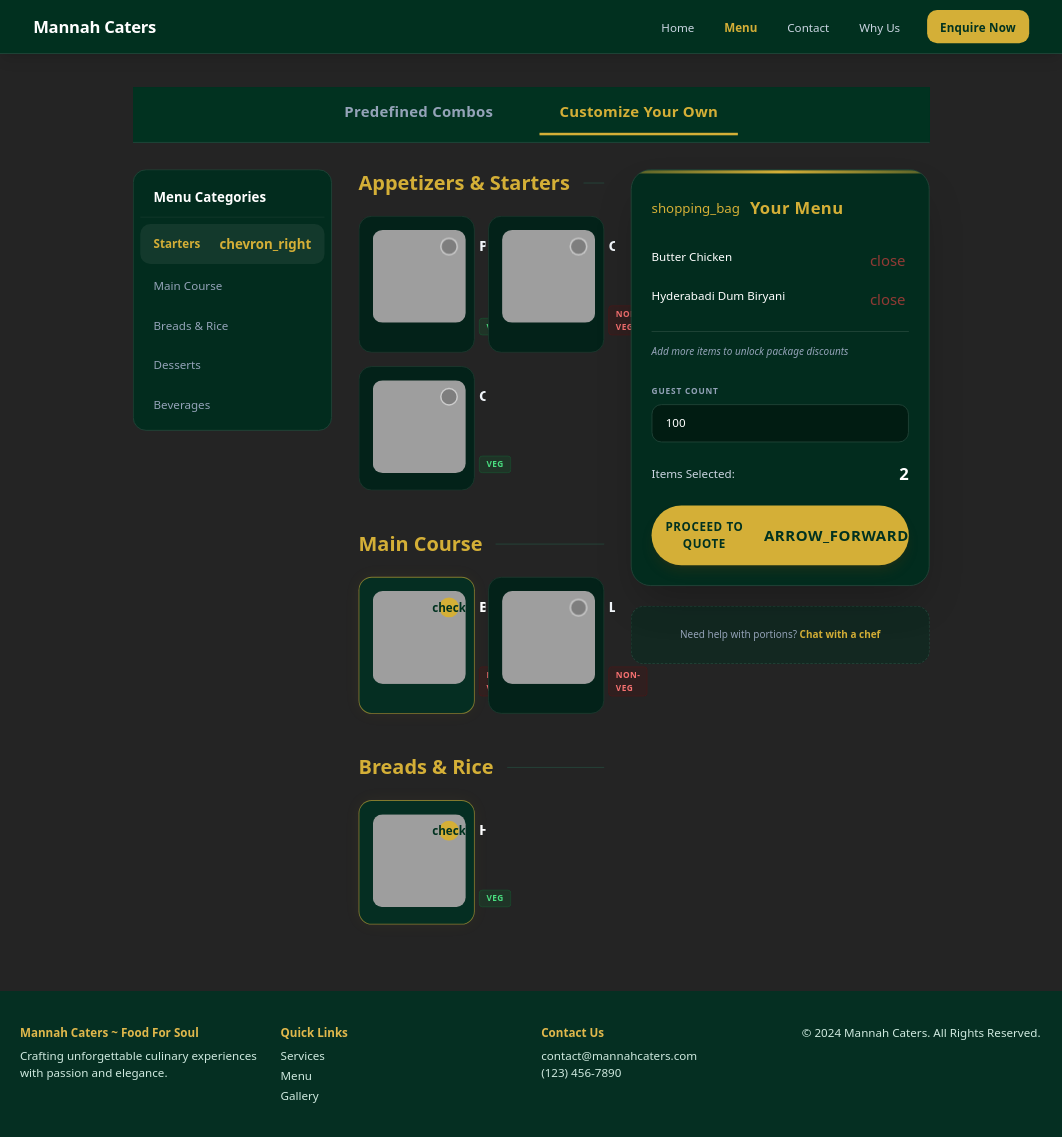
Repository: B-U-G-Freelancers/mannah_caterers
Page: /menu, after clicking the first element matching `div.justify-center > :nth-child(2)`
An editor plug-in stored every save of this project. The page is shown before and after the next save, followed by the edit.
The browser window is 1280 px wide. The pictures show the whole page, at 83% of full size.
Pictures or frames that could not be fetched are drawn as grey boxes. The project was rebuilt for these pictures with package versions that can differ from the ones it lists, and the page was loaded fresh each time. Some packages were replaced by stand-ins written for this rebuild. Also part of the build but not shown: vite.config.js, src/pages/Home.jsx, src/pages/Contact.jsx, src/pages/Why.jsx.

Above is the page before, as saved 2025-12-17 13:45:10.

### index.html
<!doctype html>
<html lang="en">
  <head>
    <meta charset="UTF-8" />
    <link rel="icon" type="image/svg+xml" href="/vite.svg" />
    <meta name="viewport" content="width=device-width, initial-scale=1.0" />
    <title>mannah-caters</title>
  </head>
  <body>
    <div id="root"></div>
    <script type="module" src="/src/main.jsx"></script>
  </body>
</html>

### src/main.jsx
import React from "react"
import ReactDOM from "react-dom/client"
import { BrowserRouter } from "react-router-dom"
import App from "./App"
import "./index.css"

ReactDOM.createRoot(document.getElementById("root")).render(
  <BrowserRouter>
    <App />
  </BrowserRouter>
)

### src/App.jsx

import React from "react";
import { Routes, Route } from "react-router-dom";
import Layout from "./components/Layout";
import Home from "./pages/Home";
import Menu from "./pages/Menu";
import Contact from "./pages/Contact";
import Why from "./pages/Why";
const App = () => {
  return (

    <Routes>
      <Route path="/" element={<Layout />}>
        <Route index element={<Home />} />
        <Route path="menu" element={<Menu />} />
        <Route path="contact" element={<Contact />} />
        <Route path="why" element={<Why />} />
      </Route>
    </Routes>
  );
};

export default App;

### src/index.css
@import "tailwindcss";


:root {
  font-family: system-ui, Avenir, Helvetica, Arial, sans-serif;
  line-height: 1.5;
  font-weight: 400;

  color-scheme: light dark;
  color: rgba(255, 255, 255, 0.87);
  background-color: #242424;

  font-synthesis: none;
  text-rendering: optimizeLegibility;
  -webkit-font-smoothing: antialiased;
  -moz-osx-font-smoothing: grayscale;
}

/* a {
  font-weight: 500;
  color: #646cff;
  text-decoration: inherit;
}
a:hover {
  color: #535bf2;
}

body {
  margin: 0;
  display: flex;
  place-items: center;
  min-width: 320px;
  min-height: 100vh;
}

h1 {
  font-size: 3.2em;
  line-height: 1.1;
}

button {
  border-radius: 8px;
  border: 1px solid transparent;
  padding: 0.6em 1.2em;
  font-size: 1em;
  font-weight: 500;
  font-family: inherit;
  background-color: #1a1a1a;
  cursor: pointer;
  transition: border-color 0.25s;
}
button:hover {
  border-color: #646cff;
}
button:focus,
button:focus-visible {
  outline: 4px auto -webkit-focus-ring-color;
}

@media (prefers-color-scheme: light) {
  :root {
    color: #213547;
    background-color: #ffffff;
  }
  a:hover {
    color: #747bff;
  }
  button {
    background-color: #f9f9f9;
  }
} */

### src/components/Layout.jsx
// Layout.jsx
import React from "react";
import Header from "./Header";
import Footer from "./Footer";
// If you are using React Router, import Outlet
import { Outlet } from "react-router-dom";

const Layout = () => {
  return (
    <div className="flex flex-col min-h-screen min-w-screen">
      <Header />

      {/* "flex-1" ensures this section takes up all available space,
          pushing the footer to the bottom if content is short */}
      <main className="flex-1">
        {/* Outlet renders the child route's element (the current page) */}
        <Outlet />
      </main>

      <Footer />
    </div>
  );
};

export default Layout;

### src/pages/Menu.jsx
import React, { useState } from "react";
import CombosView from "../components/CombosView";
import CustomizeView from "../components/CustomizeView";

const Menu = () => {
  const [activeTab, setActiveTab] = useState("combos");
  const [cart, setCart] = useState(["4", "6"]); // Pre-select some items for demo
  const [guestCount, setGuestCount] = useState(100);

  const toggleCartItem = (id) => {
    setCart((prev) =>
      prev.includes(id) ? prev.filter((item) => item !== id) : [...prev, id]
    );
  };

  return (
    <div className="min-h-screen flex flex-col">


      <main className="flex-1 flex flex-col items-center pb-20 px-4 sm:px-10 lg:px-40 pt-10 bg-">
        <div className="w-full max-w-[1200px] flex flex-col gap-8">

          {/* Tabs */}
          <div className="sticky top-[64px] z-40 bg-[#013220] pt-4 pb-2 border-b border-[#24473b]">
            <div className="flex justify-center gap-8">
              <button
                className={`flex flex-col items-center justify-center border-b-[3px] pb-3 px-6 transition-all cursor-pointer ${
                  activeTab === "combos"
                    ? "border-[#d4af37] text-[#d4af37]"
                    : "border-transparent text-[#94a3b8] hover:text-white"
                }`}
                onClick={() => setActiveTab("combos")}
              >
                <p className="text-lg font-bold leading-normal tracking-[0.015em]">
                  Predefined Combos
                </p>
              </button>
              <button
                className={`flex flex-col items-center justify-center border-b-[3px] pb-3 px-6 transition-all cursor-pointer ${
                  activeTab === "customize"
                    ? "border-[#d4af37] text-[#d4af37]"
                    : "border-transparent text-[#94a3b8] hover:text-white"
                }`}
                onClick={() => setActiveTab("customize")}
              >
                <p className="text-lg font-bold leading-normal tracking-[0.015em]">
                  Customize Your Own
                </p>
              </button>
            </div>
          </div>

          {/* View Content */}
          <div className="w-full">
            {activeTab === "combos" ? (
              <CombosView onCustomize={() => setActiveTab("customize")} />
            ) : (
              <CustomizeView
                cart={cart}
                guestCount={guestCount}
                setGuestCount={setGuestCount}
                toggleCartItem={toggleCartItem}
              />
            )}
          </div>
        </div>
      </main>


    </div>
  );
};

export default Menu;

### src/components/Header.jsx
import React from "react";

const Header = () => {
  return (
    <header className="sticky top-0 z-50 flex items-center justify-between whitespace-nowrap border-b border-solid border-b-[#24473b] bg-[#013220]/95 backdrop-blur-md px-4 sm:px-10 py-3 shadow-lg">
      <div className="flex items-center gap-4 text-white">
        <h2 className="text-white text-xl font-bold leading-tight tracking-[-0.015em]">
          Mannah Caters
        </h2>
      </div>
      <div className="flex flex-1 justify-end gap-8">
        <div className="flex items-center gap-9 hidden md:flex">
          <a
            className="text-slate-300 hover:text-white text-sm font-medium leading-normal transition-colors"
            href="#"
          >
            Home
          </a>
          <a
            className="text-[#d4af37] text-sm font-bold leading-normal relative after:content-[''] after:absolute after:bottom-[-20px] after:left-0 after:w-full after:h-[2px] after:bg-secondary-gold"
            href="#"
          >
            Menu
          </a>
          <a
            className="text-slate-300 hover:text-white text-sm font-medium leading-normal transition-colors"
            href="#"
          >
            Contact
          </a>
          <a
            className="text-slate-300 hover:text-white text-sm font-medium leading-normal transition-colors"
            href="#"
          >
            Why Us
          </a>
        </div>
        <button className="flex min-w-[84px] max-w-[480px] cursor-pointer items-center justify-center overflow-hidden rounded-xl h-10 px-4 bg-[#d4af37] hover:bg-[#c29d4d] transition-colors text-[#013220] text-sm font-bold leading-normal tracking-[0.015em]">
          <span className="truncate">Enquire Now</span>
        </button>
      </div>
    </header>
  );
};

export default Header;

### src/components/Footer.jsx
import React from "react";

const Footer = ({ onNavigate }) => {
  const handleNav = (tab) => {
    // Check if onNavigate exists before calling it
    if (onNavigate) {
      onNavigate(tab);
      window.scrollTo({ top: 0, behavior: "smooth" });
    }
  };

  return (
    <footer className="bg-[#052f22] py-10">
      <div className="max-w-7xl mx-auto px-6 grid md:grid-cols-4 gap-6 text-sm text-[#cfe9df]">
        <div>
          <h4 className="text-[#e0b84c] font-semibold">
            Mannah Caters ~ Food For Soul
          </h4>
          <p className="text-sm mt-2">
            Crafting unforgettable culinary experiences with passion and elegance.
          </p>
        </div>
        <div>
          <h4 className="text-[#e0b84c] font-semibold">Quick Links</h4>
          <ul className="text-sm mt-2 space-y-1">
            <li className="hover:text-white cursor-pointer transition-colors">
              Services
            </li>
            {/* I added the onClick here so handleNav is actually used */}
            <li
              onClick={() => handleNav("combos")}
              className="hover:text-white cursor-pointer transition-colors"
            >
              Menu
            </li>
            <li className="hover:text-white cursor-pointer transition-colors">
              Gallery
            </li>
          </ul>
        </div>
        <div>
          <h4 className="text-[#e0b84c] font-semibold">Contact Us</h4>
          <p className="text-sm mt-2">contact@mannahcaters.com</p>
          <p className="text-sm">(123) 456-7890</p>
        </div>
        <div className="text-sm">
          © 2024 Mannah Caters. All Rights Reserved.
        </div>
      </div>
    </footer>
  );
};

export default Footer;

### src/components/CombosView.jsx
import React, { useState } from "react";
import { PACKAGES } from "../constants";
import PackageCard from "./PackageCard";

const CombosView = ({ onCustomize }) => {
  // Default open state is 'gold' which is the second item usually
  const [openPackageId, setOpenPackageId] = useState("gold");

  const handleToggle = (id) => {
    setOpenPackageId((prev) => (prev === id ? null : id));
  };

  return (
    <div className="flex flex-col gap-6 animate-fade-in max-w-4xl mx-auto w-full">
      <div className="text-center py-6">
        <h2 className="text-white text-4xl font-bold mb-3">
          Signature Packages
        </h2>
        <p className="text-[#94a3b8] max-w-2xl mx-auto">
          Select a package to view offerings. Customize any selection to suit
          your unique preferences.
        </p>
      </div>

      {PACKAGES.map((pkg) => (
        <PackageCard
          key={pkg.id}
          pkg={pkg}
          isOpen={openPackageId === pkg.id}
          onToggle={() => handleToggle(pkg.id)}
          onCustomize={onCustomize}
        />
      ))}
    </div>
  );
};

export default CombosView;

### src/components/CustomizeView.jsx
import React from "react";
import { CATEGORIES, MENU_ITEMS } from "../constants";
import MenuItem from "./MenuItem";
import CartSidebar from "./CartSideBar";

const CustomizeView = ({
  cart,
  guestCount,
  setGuestCount,
  toggleCartItem,
}) => {
  const selectedItems = MENU_ITEMS.filter((item) => cart.includes(item.id));

  // Simple smooth scroll handler
  const scrollToCategory = (e, id) => {
    e.preventDefault();
    const element = document.getElementById(id);
    if (element) {
        // Offset for sticky header
        const headerOffset = 180;
        const elementPosition = element.getBoundingClientRect().top;
        const offsetPosition = elementPosition + window.pageYOffset - headerOffset;

        window.scrollTo({
          top: offsetPosition,
          behavior: "smooth"
        });
    }
  };

  return (
    <div className="flex flex-col lg:flex-row gap-8 w-full max-w-[1400px] mx-auto">
      {/* Navigation Sidebar */}
      <div className="hidden lg:block w-[240px] flex-shrink-0">
        <div className="sticky top-[140px] bg-[#022c1e] rounded-2xl border border-[#24473b] overflow-hidden p-2">
          <div className="px-4 py-3 mb-2 border-b border-[#24473b]/50">
            <h3 className="text-white font-bold text-base">Menu Categories</h3>
          </div>
          <nav className="flex flex-col gap-1">
            {CATEGORIES.map((cat, idx) => {
                const isActive = idx === 0; // In a real app, track scroll position or state
                return (
                    <a
                    key={cat.id}
                    href={`#${cat.id}`}
                    onClick={(e) => scrollToCategory(e, cat.id)}
                    className={`flex items-center justify-between px-4 py-3 rounded-xl transition-all ${
                        isActive
                        ? "bg-[#24473b]/50 text-[#d4af37] font-bold"
                        : "text-[#94a3b8] hover:text-white hover:bg-white/5"
                    }`}
                    >
                    <span className="text-sm">{cat.label}</span>
                    {isActive && (
                          <span className="material-symbols-outlined text-base">chevron_right</span>
                    )}
                    </a>
                )
            })}
          </nav>
        </div>
      </div>

      {/* Main Content */}
      <div className="flex-1 flex flex-col gap-12 min-w-0">
        {CATEGORIES.map((cat) => {
          const items = MENU_ITEMS.filter((item) => item.category === cat.id);
          if (items.length === 0) return null;

          return (
            <div key={cat.id} id={cat.id} className="scroll-mt-[180px]">
              <div className="flex items-center gap-4 mb-6">
                  <h3 className="text-2xl font-bold text-[#d4af37]">
                    {cat.title}
                  </h3>
                  <div className="h-px bg-[#24473b] flex-1"></div>
              </div>
              <div className="grid grid-cols-1 md:grid-cols-2 gap-4">
                {items.map((item) => (
                  <MenuItem
                    key={item.id}
                    item={item}
                    isSelected={cart.includes(item.id)}
                    onToggle={toggleCartItem}
                  />
                ))}
              </div>
            </div>
          );
        })}
      </div>

      {/* Cart Sidebar */}
      <CartSidebar
        selectedItems={selectedItems}
        guestCount={guestCount}
        setGuestCount={setGuestCount}
        onRemoveItem={toggleCartItem}
      />
    </div>
  );
};

export default CustomizeView;

### src/components/MenuItem.jsx
import React from "react";

const MenuItem = ({ item, isSelected, onToggle }) => {
  return (
    <div
      onClick={() => onToggle(item.id)}
      className={`group cursor-pointer relative flex gap-4 p-4 rounded-2xl border transition-all duration-300 ${
        isSelected
          ? "bg-[#052e22] border-[#d4af37]/60 shadow-[0_0_20px_rgba(212,175,55,0.05)]"
          : "bg-[#032219] border-[#1e3a30] hover:border-[#2f5c4c]"
      }`}
    >
      {/* Image Container */}
      <div className="relative w-28 h-28 shrink-0 rounded-xl overflow-hidden">
        <div
          className="w-full h-full bg-cover bg-center transition-transform duration-500 group-hover:scale-110"
          style={{ backgroundImage: `url("${item.image}")` }}
          role="img"
          aria-label={item.name}
        />
        {/* Selection Indicator Overlay */}
        <div className="absolute top-2 right-2 z-10">
          <div className={`size-6 rounded-full flex items-center justify-center transition-all duration-300 ${
            isSelected
              ? "bg-[#d4af37] border-[#d4af37] scale-100"
              : "border-2 border-white/60 bg-black/20 scale-90 group-hover:scale-100"
          }`}>
            {isSelected && (
              <span className="material-symbols-outlined text-[#013220] text-sm font-bold">
                check
              </span>
            )}
          </div>
        </div>
      </div>

      {/* Content */}
      <div className="flex flex-col flex-1 py-1 min-w-0">
        <div className="flex justify-between items-start">
          <h4 className={`text-lg font-bold truncate pr-2 transition-colors ${
            isSelected ? "text-white" : "text-[#f1f5f9]"
          }`}>
            {item.name}
          </h4>
        </div>

        <p className="text-[#94a3b8] text-xs mt-2 leading-relaxed line-clamp-2">
          {item.description}
        </p>

        <div className="mt-auto pt-2">
           <span
            className={`inline-flex items-center px-2 py-[2px] rounded text-[10px] font-bold uppercase tracking-wider border ${
              item.isVeg
                ? "bg-[#1a4d2e]/40 border-[#1a4d2e] text-[#4ade80]"
                : "bg-[#451a1a]/40 border-[#451a1a] text-[#f87171]"
            }`}
          >
            {item.isVeg ? "Veg" : "Non-Veg"}
          </span>
        </div>
      </div>
    </div>
  );
};

export default MenuItem;

Loaded but not shown: src/constants.js (99 lines, source omitted); src/components/CartSideBar.jsx (91 lines, source omitted); src/components/PackageCard.jsx (96 lines, source omitted)

After the next save:
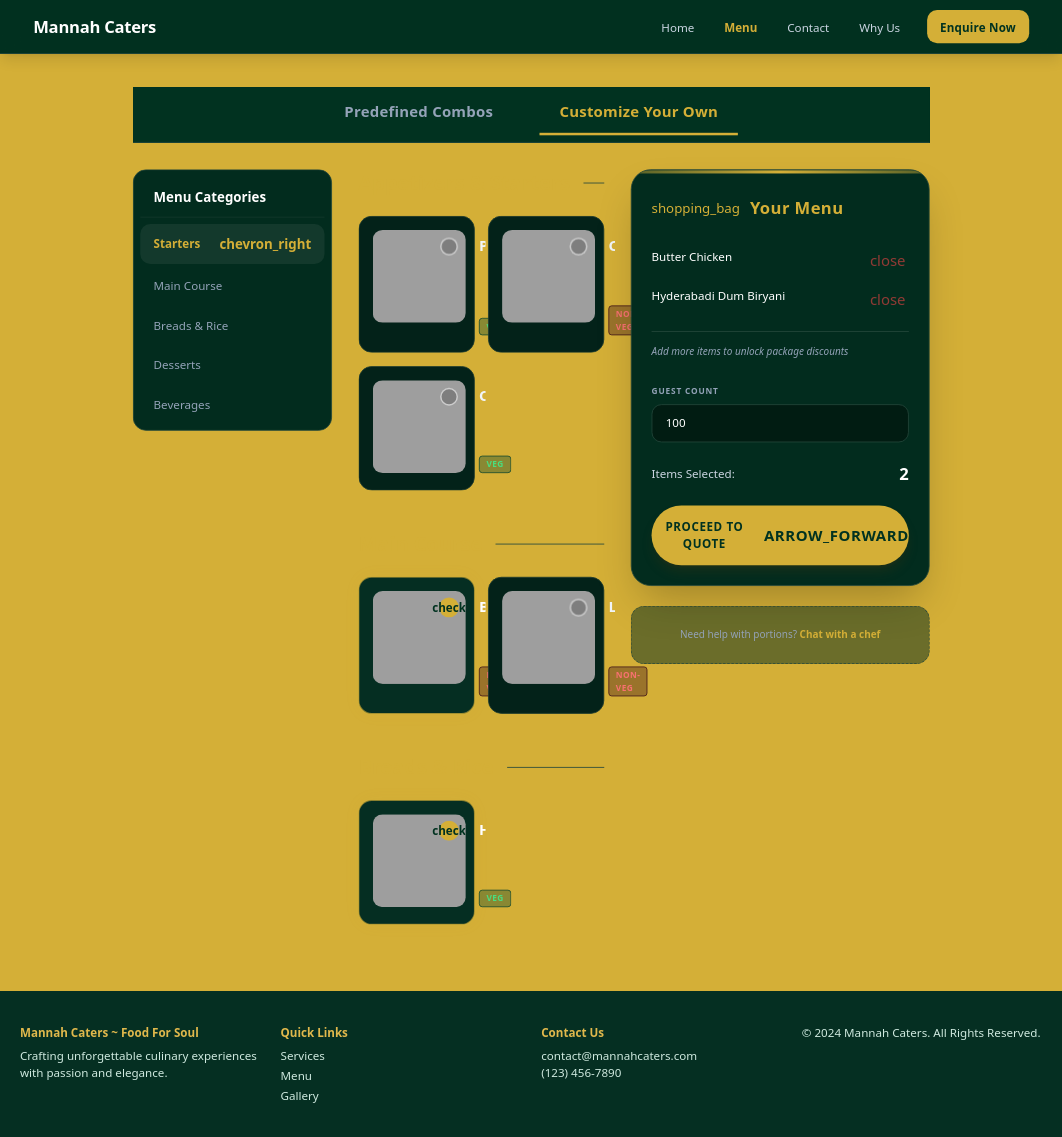
Saved 9 s later.
--- a/src/pages/Menu.jsx
+++ b/src/pages/Menu.jsx
@@ -17,7 +17,7 @@
     <div className="min-h-screen flex flex-col">
 
 
-      <main className="flex-1 flex flex-col items-center pb-20 px-4 sm:px-10 lg:px-40 pt-10 bg-">
+      <main className="flex-1 flex flex-col items-center pb-20 px-4 sm:px-10 lg:px-40 pt-10 bg-[#d4af37]">
         <div className="w-full max-w-[1200px] flex flex-col gap-8">
 
           {/* Tabs */}

After the save that followed:
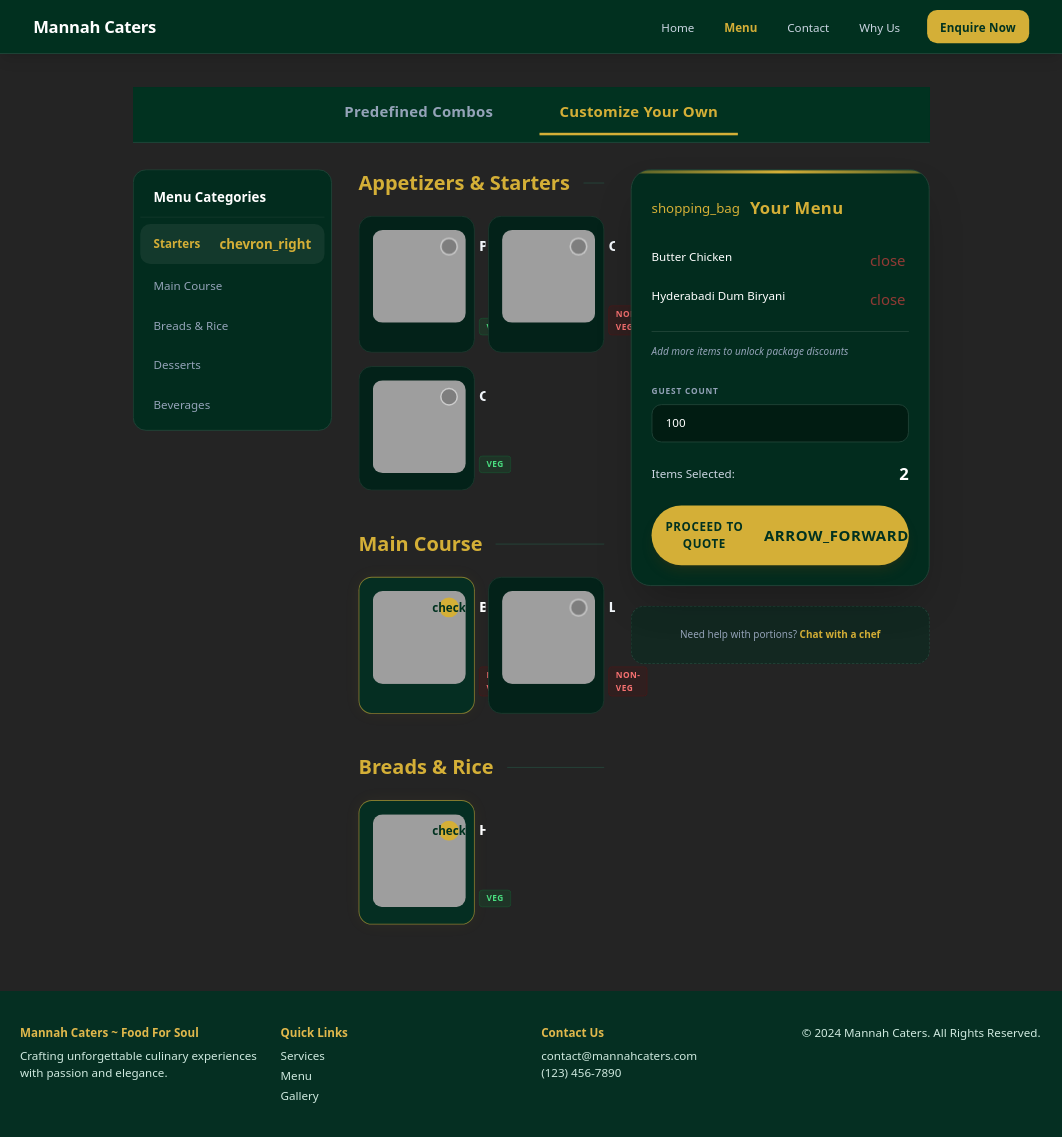
Saved 29 s later.
--- a/src/pages/Menu.jsx
+++ b/src/pages/Menu.jsx
@@ -17,7 +17,7 @@
     <div className="min-h-screen flex flex-col">
 
 
-      <main className="flex-1 flex flex-col items-center pb-20 px-4 sm:px-10 lg:px-40 pt-10 bg-[#d4af37]">
+      <main className="flex-1 flex flex-col items-center pb-20 px-4 sm:px-10 lg:px-40 pt-10 bg-rgb(2, 48, 31)">
         <div className="w-full max-w-[1200px] flex flex-col gap-8">
 
           {/* Tabs */}
